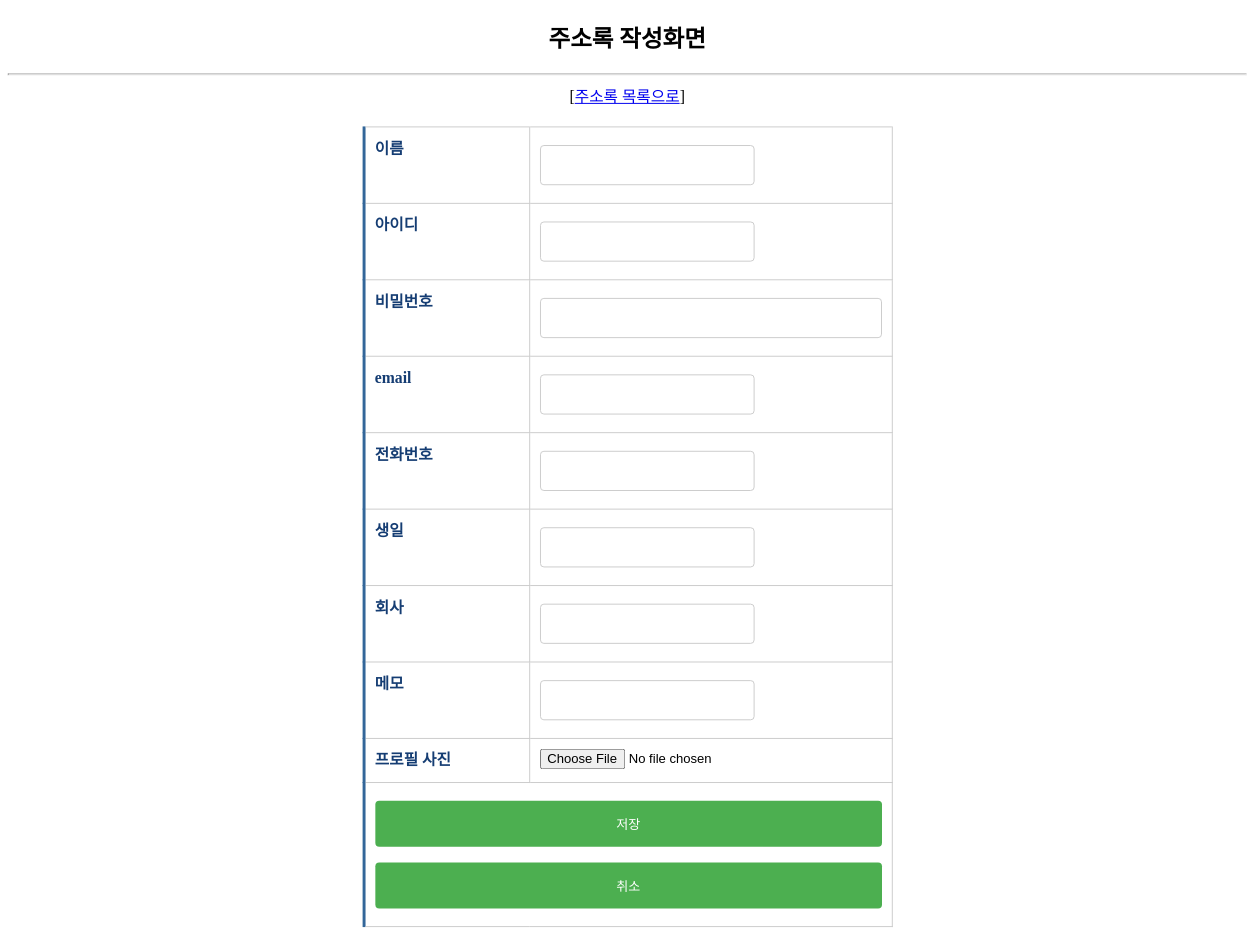
Repository: LeeHyukJe/jsp-bit
Page: http://localhost/jsp3/addrbook/addrbook_form.jsp
The author's editor kept a copy of each file at every save. The page is drawn from the files as they stood at one save, then again after the next save.
The browser window is 1280 px wide. The pictures show the whole page, at 98% of full size.
The page is served by Tomcat 9.

Above is the page before, as saved 2017-09-20 07:17:13.

After the next save:
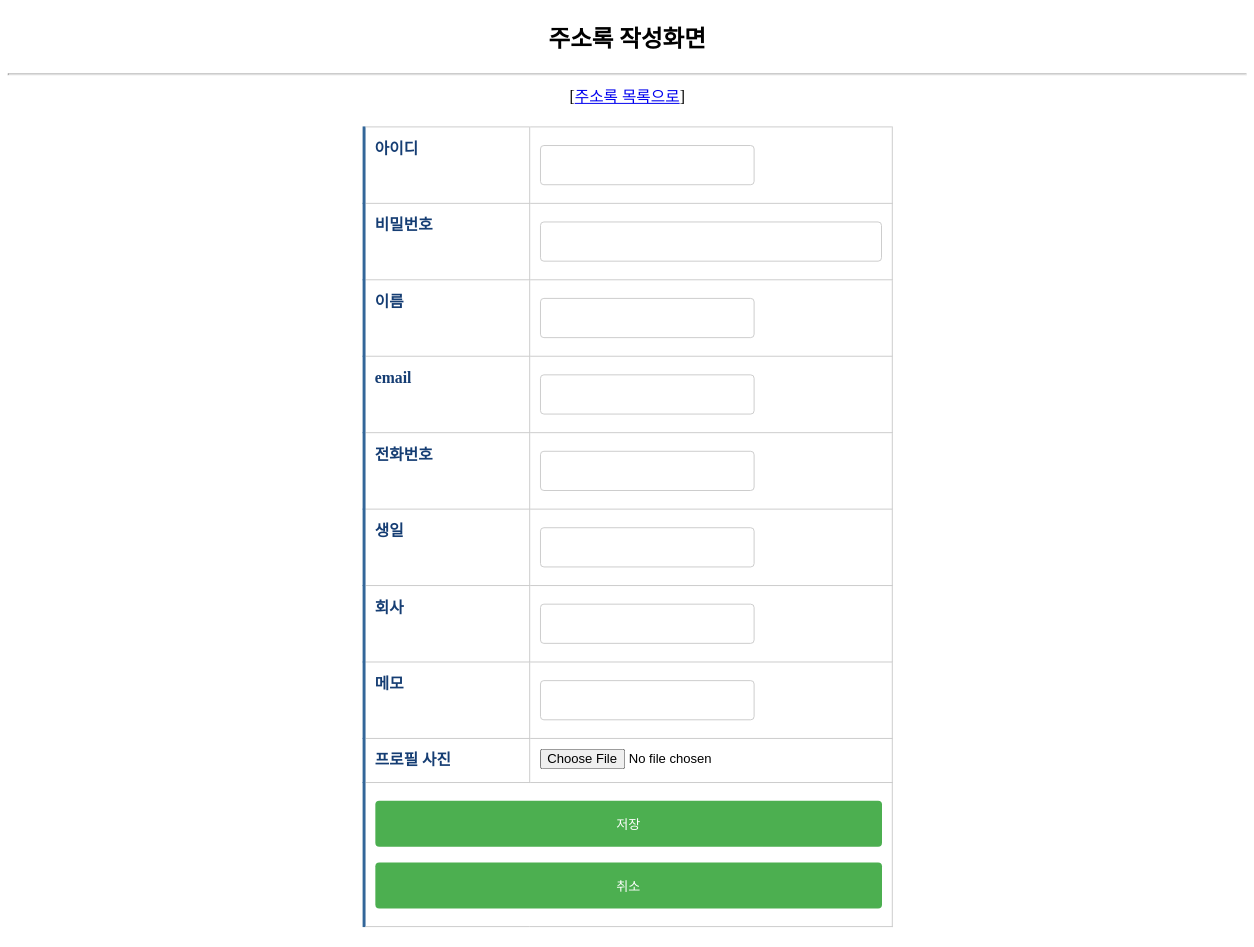
Saved 15 s later.
--- a/jsp3/WebContent/addrbook/addrbook_form.jsp
+++ b/jsp3/WebContent/addrbook/addrbook_form.jsp
@@ -23,16 +23,16 @@
         <input type="hidden" name="action" value="insert">
         <table border="1" class="type03">
             <tr>
-                <th>이름</th>
-                <td><input type="text" name="ab_name" maxlength="15"></td>
-            </tr>
-            <tr>
                 <th>아이디</th>
                 <td><input type="text" name="ab_id" maxlength="15"></td>
             </tr>
             <tr>
                 <th>비밀번호</th>
                 <td><input type="password" name="ab_password" maxlength="15"></td>
+            </tr>
+            <tr>
+                <th>이름</th>
+                <td><input type="text" name="ab_name" maxlength="15"></td>
             </tr>
             <tr>
                 <th>email</th>
